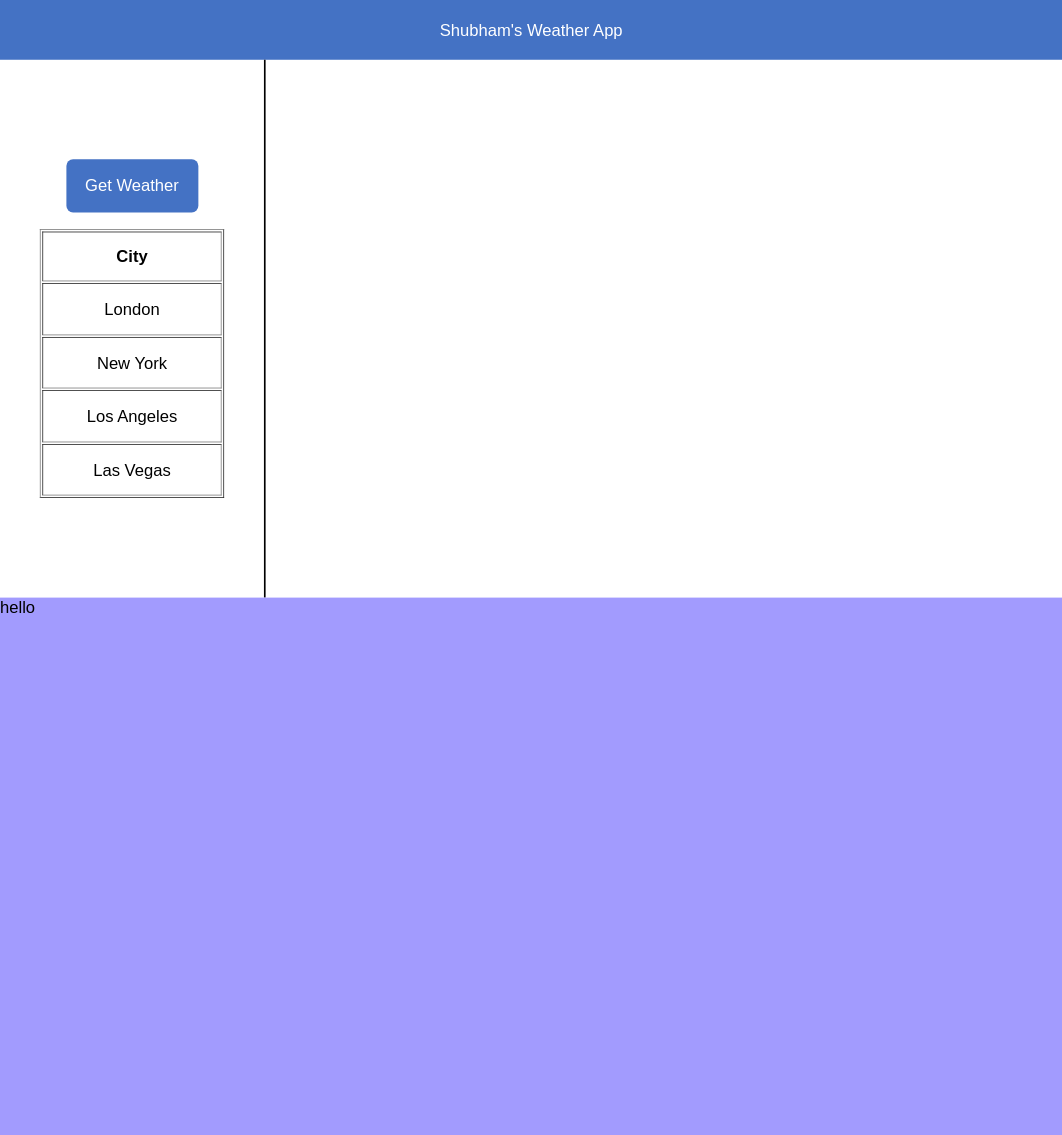
Repository: hey-shubham/WeatherAPI
Page: index.html
The author's editor kept a copy of each file at every save. The page is drawn from the files as they stood at one save, then again after the next save.
The browser window is 1280 px wide. The pictures show the whole page, at 83% of full size.

Above is the page before, as saved 2022-03-28 21:00:47.

After the next save:
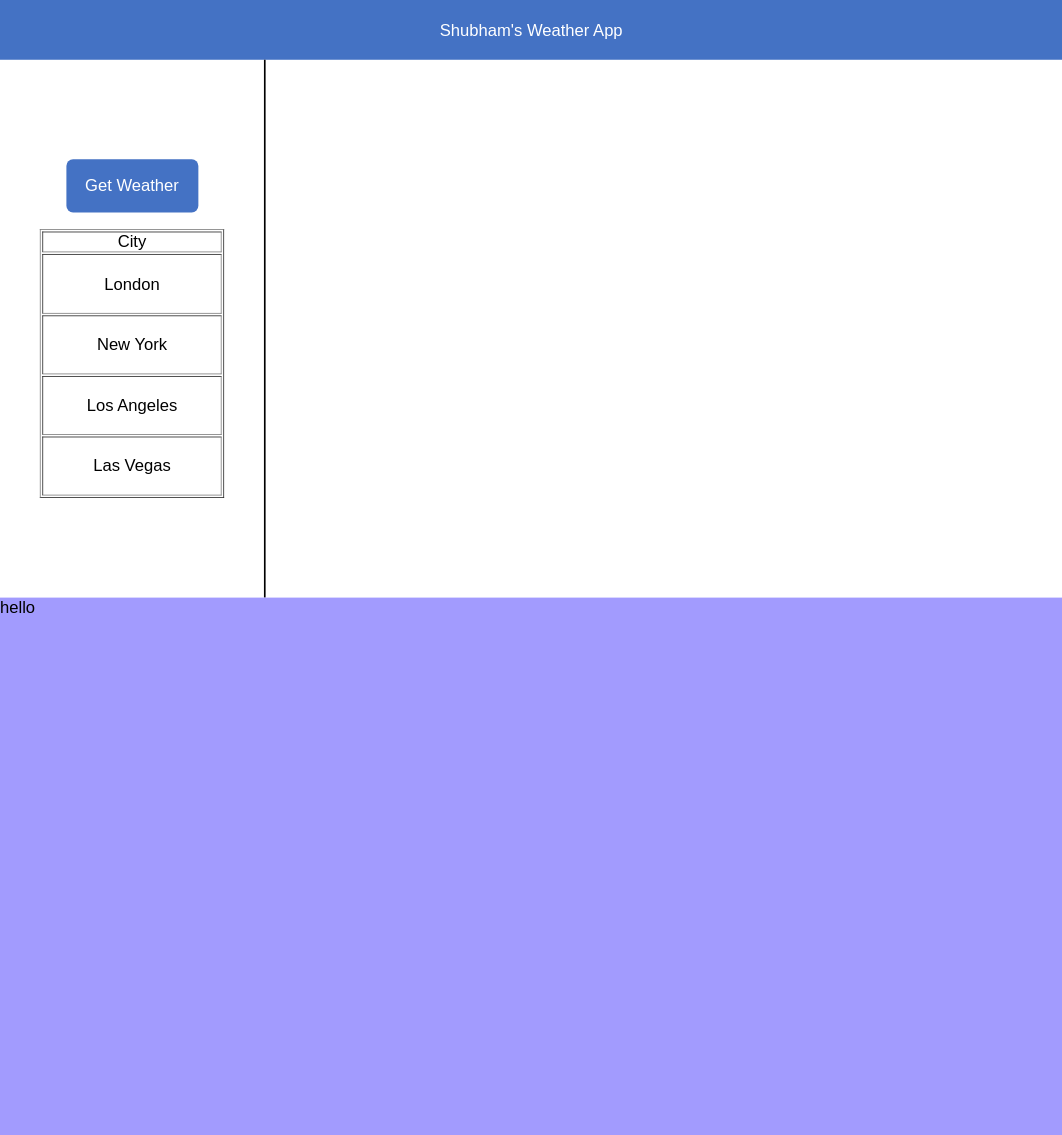
Saved 78 s later.
--- a/index.html
+++ b/index.html
@@ -17,7 +17,7 @@
           <table border="1">
             <thead>
               <tr>
-                <th>City</th>
+                <td>City</td>
               </tr>
             </thead>
             <tbody>
